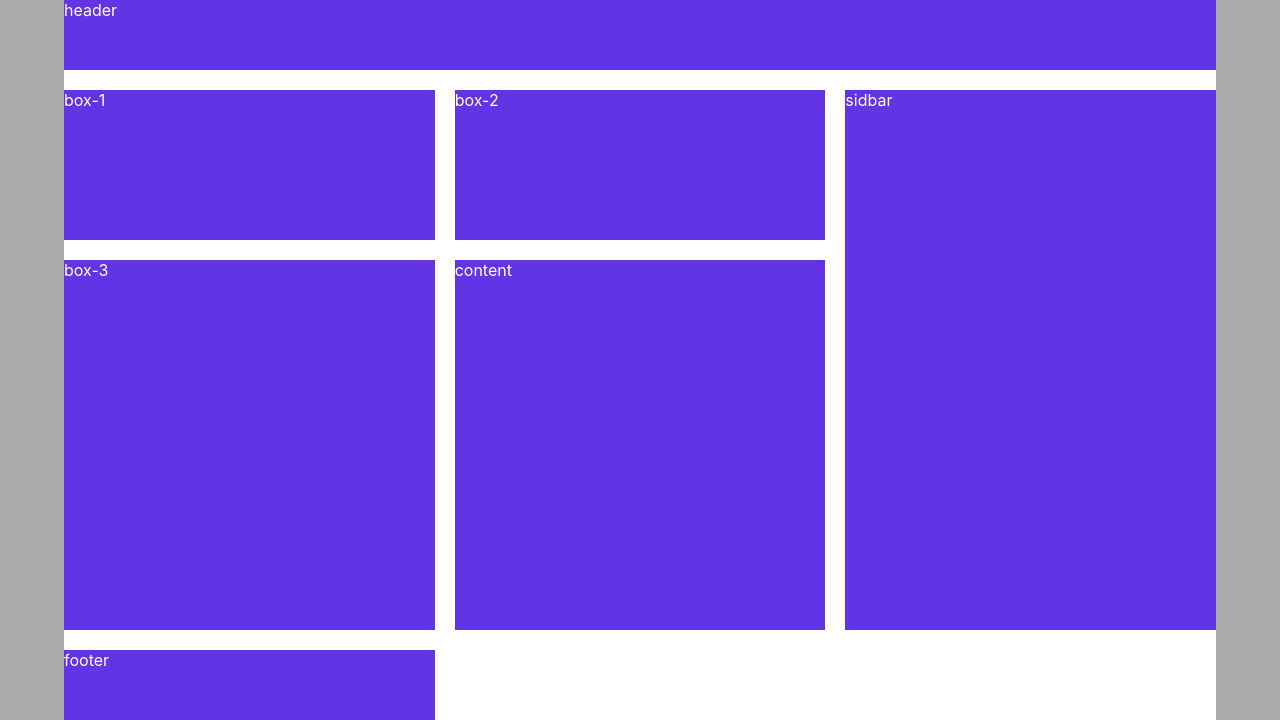
Repository: SD-Mdouka/project_step
Page: /
An editor plug-in stored every save of this project. The page is shown before and after the next save, followed by the edit.
The browser window is 1280 px wide. The pictures show the whole page.
The project was rebuilt for these pictures with package versions that can differ from the ones it lists, and the page was loaded fresh each time.

Above is the page before, as saved 2022-09-07 12:52:57.

After the next save:
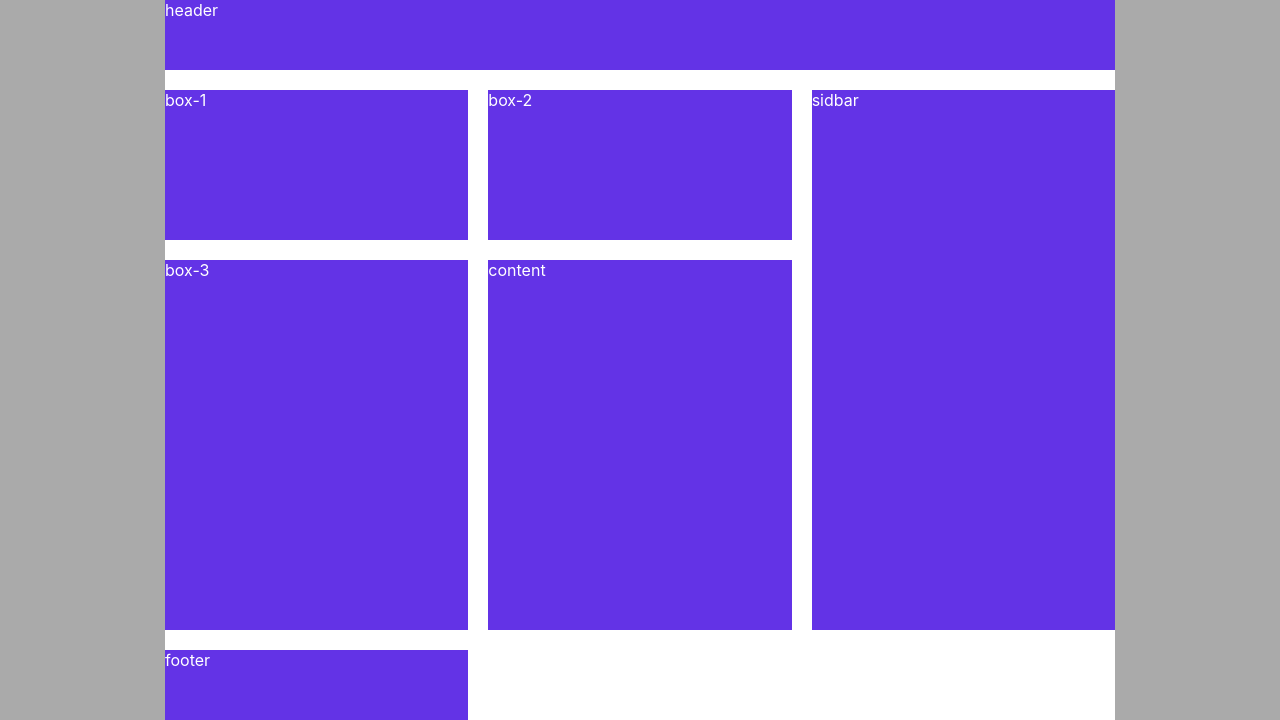
Saved 107 s later.
--- a/src/style-grid.css
+++ b/src/style-grid.css
@@ -1,7 +1,7 @@
 .container {
     background-color: #fff;
     min-height: 100vh;
-    width: 90%;
+    width: 950px;
     margin: 0 auto;
     display: grid;
     grid-template-columns: repeat(3, 1fr);
